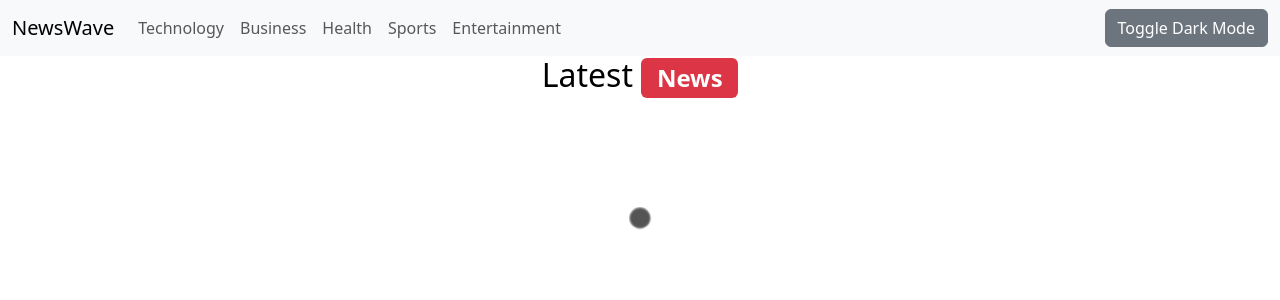
Repository: PranjalTripathi2003/news-wave
Page: /
The author's editor kept a copy of each file at every save. The page is drawn from the files as they stood at one save, then again after the next save.
The browser window is 1280 px wide. The pictures show the whole page.
The page's requests for data from a server got no answer. The project was rebuilt for these pictures with package versions that can differ from the ones it lists, and the page was loaded fresh each time. No one was signed in, and anything a server would have sent is missing. Also part of the build but not shown: vite.config.js, src/styles/NewsItem.css, src/components/NewsItem.jsx.

Above is the page before, as saved 2024-07-26 11:51:05.

After the next save:
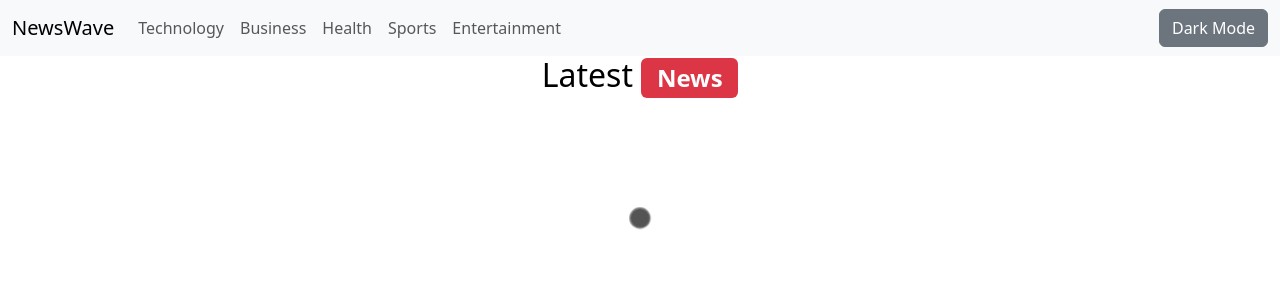
Saved 2 min 23 s later.
--- a/src/components/Navbar.jsx
+++ b/src/components/Navbar.jsx
@@ -61,7 +61,7 @@ const Navbar = ({ setCategory, toggleDarkMode, darkMode }) => {
             className="btn btn-secondary ms-auto"
             onClick={toggleDarkMode}
           >
-            Toggle Dark Mode
+            {darkMode ? "Light Mode" : "Dark Mode"}
           </button>
         </div>
       </div>
